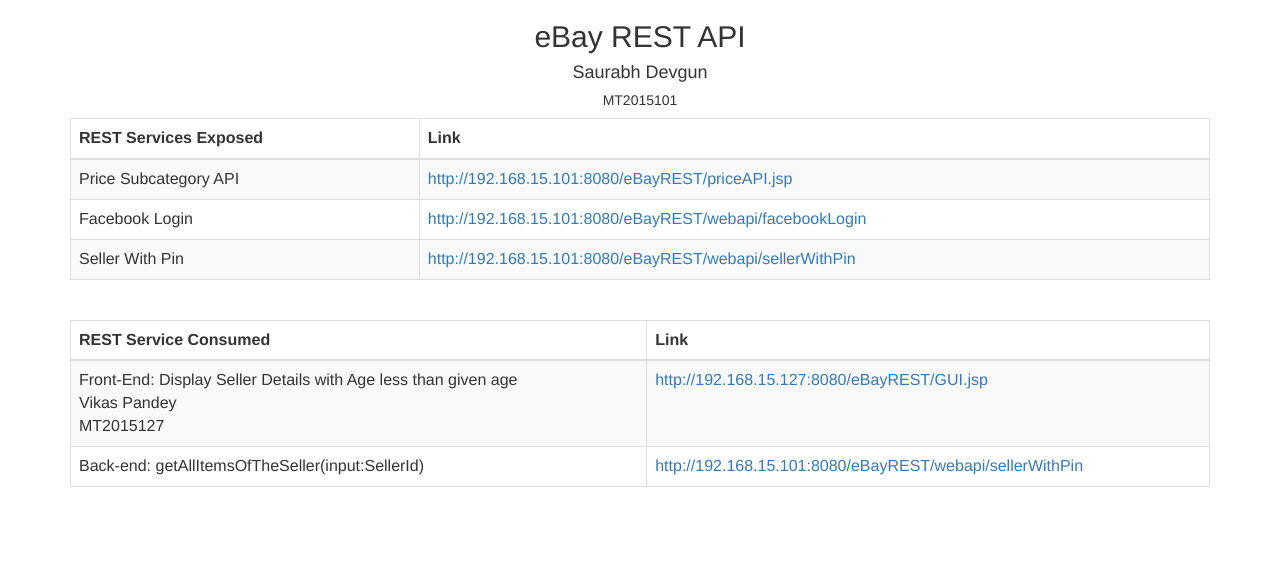
Repository: saurabh-devgun-iiitb/RESTProject
Page: http://localhost/eBayREST/
The author's editor kept a copy of each file at every save. The page is drawn from the files as they stood at one save, then again after the next save.
The browser window is 1280 px wide. The pictures show the whole page.
The page is served by Tomcat 9.

Above is the page before, as saved 2016-07-23 05:24:14.

After the next save:
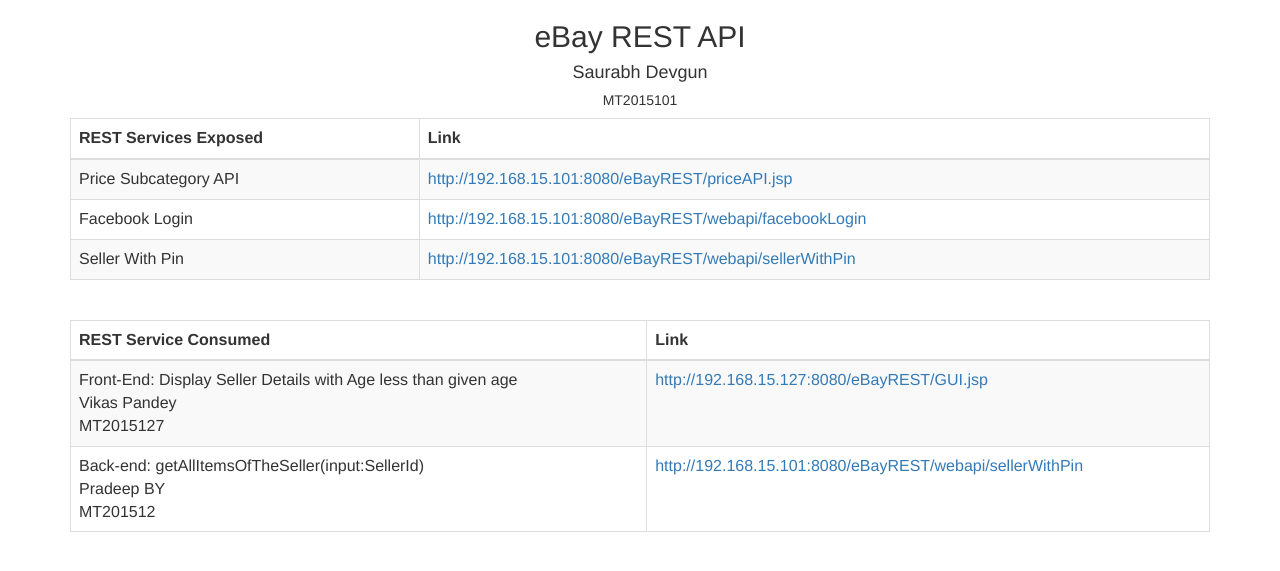
Saved 17 s later.
--- a/eBayREST/WebContent/index.jsp
+++ b/eBayREST/WebContent/index.jsp
@@ -50,7 +50,7 @@
           <td><a href="http://192.168.15.127:8080/eBayREST/GUI.jsp">http://192.168.15.127:8080/eBayREST/GUI.jsp</a></td>
         </tr>
         <tr>
-          <td>Back-end: getAllItemsOfTheSeller(input:SellerId)</td>
+          <td>Back-end: getAllItemsOfTheSeller(input:SellerId)<br>Pradeep BY<br>MT201512</td>
           <td><a href="http://192.168.15.78:8080/eBayREST/itemSeller">http://192.168.15.101:8080/eBayREST/webapi/sellerWithPin</a></td>
         </tr>
       </tbody>
